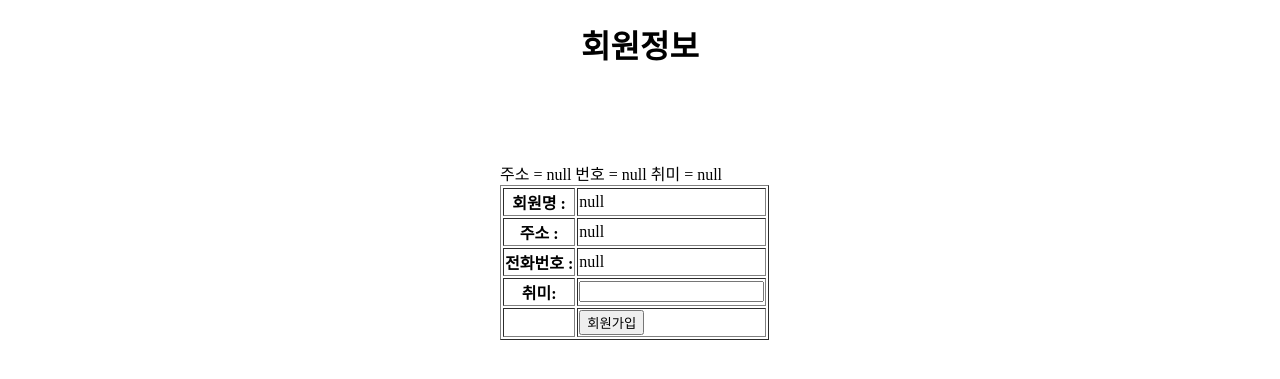
Repository: ssookkdduugg/jsp
Page: http://localhost/Hello/memResult.jsp
These files come from the project's save history. The page is drawn as it stood at one moment and after the next save; the edit follows.
The browser window is 1280 px wide. The pictures show the whole page.
The page is served by Tomcat 9. Other server files are loaded and not shown.

Above is the page before, as saved 2023-09-19 05:35:36.

### Hello/src/main/webapp/memResult.jsp
<%@ page language="java" contentType="text/html; charset=UTF-8"
    pageEncoding="UTF-8"%>
<!DOCTYPE html>
<html>
<head>
<meta charset="UTF-8">
<title>Insert title here</title>
<style type="text/css">
		body{margin: auto;}
		div{
		width: 280px;
		margin: auto;
		}
		h1{
		text-align: center;
		}
</style>
</head>
<body>
<div>
<h1>회원정보</h1>
<table border="1">
<tr><th>회원명 :</th><td><%=request.getParameter("name") %></td></tr><br>
	<tr><th>주소 :</th><td><%=request.getParameter("addr") %></td></tr><br>
	<tr><th>전화번호 :</th><td><%=request.getParameter("num") %></td></tr><br>
	<tr><th>취미:</th><td><input type="text" name="hobby"></td></tr><br>
	<tr><td></td><td><input type="submit" value="회원가입"></td></tr>

주소 = <%=request.getParameter("addr") %>
번호 = <%=request.getParameter("num") %>
취미 = <%=request.getParameter("hobby") %>
</table>
</div>
</body>
</html>

After the next save:
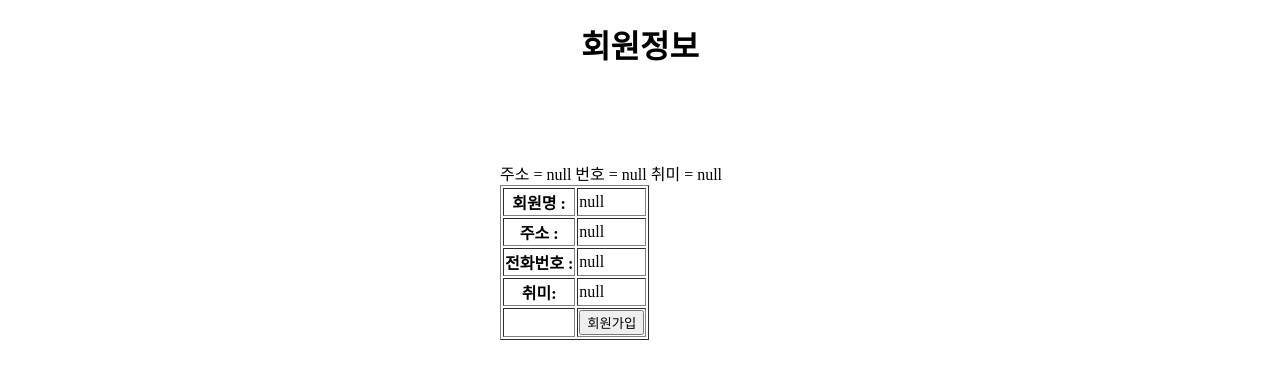
Saved 7 s later.
--- a/Hello/src/main/webapp/memResult.jsp
+++ b/Hello/src/main/webapp/memResult.jsp
@@ -23,7 +23,7 @@
 <tr><th>회원명 :</th><td><%=request.getParameter("name") %></td></tr><br>
 	<tr><th>주소 :</th><td><%=request.getParameter("addr") %></td></tr><br>
 	<tr><th>전화번호 :</th><td><%=request.getParameter("num") %></td></tr><br>
-	<tr><th>취미:</th><td><input type="text" name="hobby"></td></tr><br>
+	<tr><th>취미:</th><td><%=request.getParameter("hobby") %></td></tr><br>
 	<tr><td></td><td><input type="submit" value="회원가입"></td></tr>
 
 주소 = <%=request.getParameter("addr") %>
